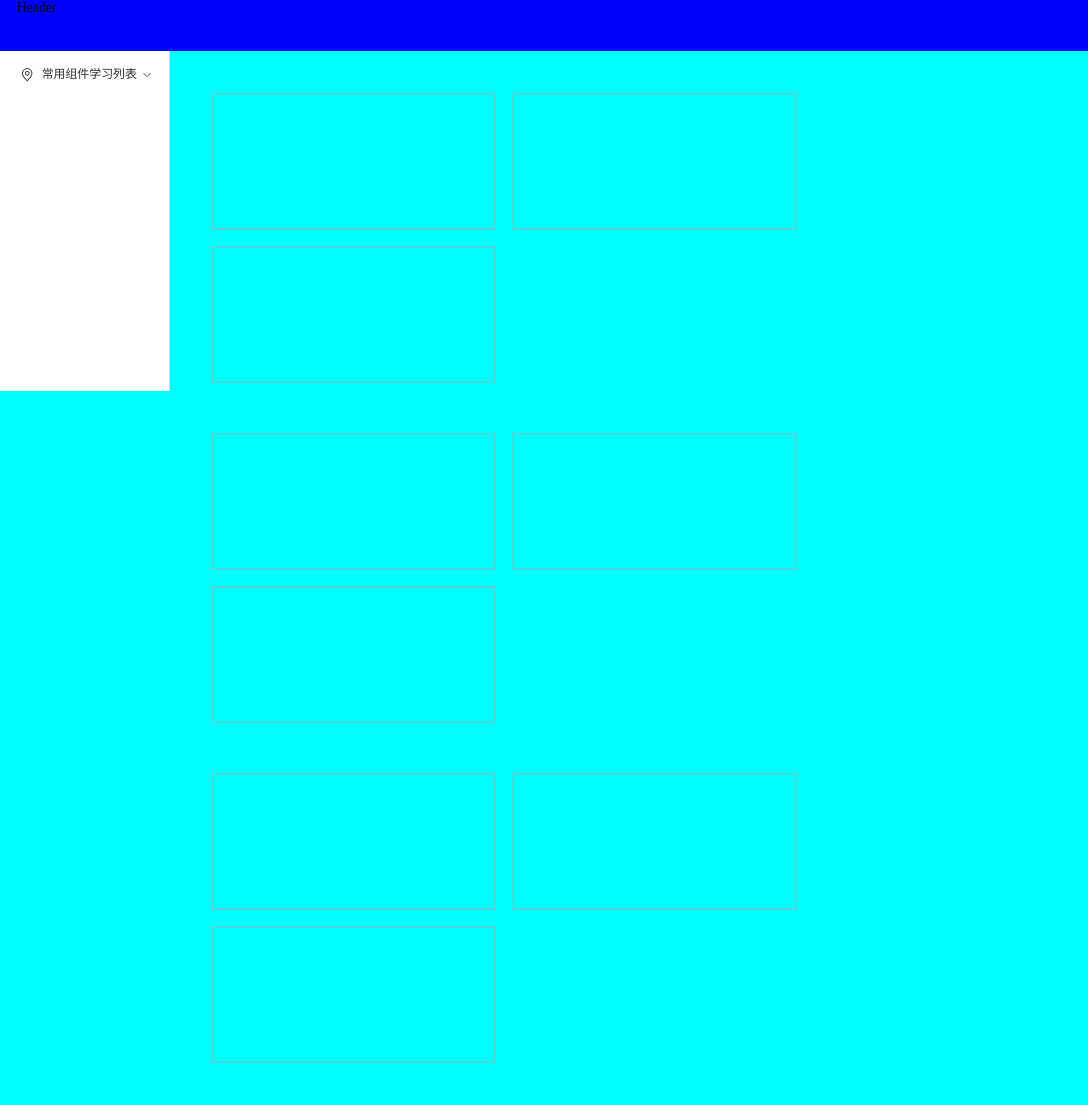
Repository: 553559555/vue3-project
Page: /#/index (app in vue3-app/)
The author's editor kept a copy of each file at every save. The page is drawn from the files as they stood at one save, then again after the next save.
The browser window is 1280 px wide. The pictures show the whole page, at 85% of full size.
The project was rebuilt for these pictures with package versions that can differ from the ones it lists, and the page was loaded fresh each time. Also part of the build but not shown: vue3-app/vite.config.ts.

Above is the page before, as saved 2025-03-24 10:43:11.

### vue3-app/src/main.ts
import { createApp } from 'vue'
import ElementPlus from 'element-plus'
import 'element-plus/dist/index.css'
import router from './router'
import pinia from './stores'
import './style.css'
import App from './App.vue'

const app = createApp(App)
app.use(ElementPlus)
app.use(router)
app.use(pinia)

app.mount('#app')

### vue3-app/src/router/index.ts
import { createRouter, createWebHashHistory, createWebHistory } from 'vue-router'
import type { RouteRecordRaw } from 'vue-router'

const routes: Array<RouteRecordRaw> = [
  {
    path: '/',
    name: 'Login',
    component: () => import('../views/login.vue')
  },
  {
    path: '/index',
    name: 'index',
    component: () => import('../views/index.vue'),
    children: [
      {
        path: '',
        name: 'Home',
        component: () => import('../views/Home.vue')
      },
      {
        path: '/about',
        name: 'About',
        component: () => import('../views/About.vue')
      }
    ]
  }

]

const router = createRouter({
  history: createWebHashHistory(),
  routes
})

export default router

### vue3-app/src/stores/index.ts
import { createPinia } from 'pinia'

const pinia = createPinia()

export default pinia

### vue3-app/src/style.css
/* CSS 重置 */
* {
  margin: 0;
  padding: 0;
  box-sizing: border-box;
}

### vue3-app/src/App.vue
<script setup lang="ts">
import { RouterView } from 'vue-router'
</script>

<template>
    <router-view />
</template>

### vue3-app/src/views/index.vue
<template>
    <el-container class="container">
        <el-header>Header</el-header>
        <el-container>
            <el-aside width="200px">
                <home-left />
            </el-aside>
            <el-main>
                <router-view>
                </router-view>
            </el-main>
        </el-container>
    </el-container>
</template>

<script setup>

import { RouterView } from 'vue-router'
import HomeLeft from './components/home-left.vue'

</script>



<style scoped lang="scss">
.container {
    width: 100vw;
    height: 100vh;
    box-sizing: border-box;

    :deep(.el-header) {
        background-color: blue;
        box-sizing: border-box;
    }

    :deep(.el-container) {
        background-color: aqua;
        box-sizing: border-box;

        :deep(.el-aside) {
            background-color: yellow;
            box-sizing: border-box;
        }

        :deep(.el-main) {
            background-color: bisque;
            padding: 0;
            box-sizing: border-box;
        }
    }
}
</style>

### vue3-app/src/views/Home.vue
<template>
  <div class="home-container">
    <el-row class="row" :span="8">
      <el-col :span="8">
        <div class="grid-content ep-bg-purple-dark" />
      </el-col>
      <el-col :span="8">
        <div class="grid-content ep-bg-purple-dark" />
      </el-col>
      <el-col :span="8">
        <div class="grid-content ep-bg-purple-dark" />
      </el-col>
    </el-row>

    <el-row class="row" :span="8">
      <el-col :span="8">
        <div class="grid-content ep-bg-purple-dark" />
      </el-col>
      <el-col :span="8">
        <div class="grid-content ep-bg-purple-dark" />
      </el-col>
      <el-col :span="8">
        <div class="grid-content ep-bg-purple-dark" />
      </el-col>
    </el-row>

    <el-row class="row" :span="8">
      <el-col :span="8">
        <div class="grid-content ep-bg-purple-dark" />
      </el-col>
      <el-col :span="8">
        <div class="grid-content ep-bg-purple-dark" />
      </el-col>
      <el-col :span="8">
        <div class="grid-content ep-bg-purple-dark" />
      </el-col>
    </el-row>

  </div>
</template>

<script lang="ts" setup>

</script>

<style scoped lang="scss">
.home-container {
  width: 100%;
  height: 100%;
  box-sizing: border-box;

  .row {
    padding: 20px;
    height: 400px;

    .el-col {
      margin: 10px;
      border: solid 1px #aaa;
    }
  }
}
</style>

### vue3-app/src/views/components/home-left.vue
<template>
    <div class="home-left-container">
        <el-menu default-active="2" class="el-menu-vertical-demo" @open="handleOpen" @close="handleClose"
            @select="handleSelect">
            <el-sub-menu v-for="(items, index) in listData" :index="items.name" :key="index">
                <template #title>
                    <el-icon>
                        <location />
                    </el-icon>
                    <span>{{ items.name }}</span>
                </template>
                <el-menu-item v-for="(item, index) in items.children" :index="item.name" :key="index">
                    <el-icon>
                        <location />
                    </el-icon>
                    <span>{{ item.name }}</span>
                </el-menu-item>
            </el-sub-menu>
        </el-menu>
    </div>
</template>

<script setup>
import { Location } from "@element-plus/icons-vue";

import { reactive, ref } from "vue";
const listData = reactive([
    {
        name: "常用组件学习列表",
        children: [
            {
                name: 'button'
            },
            {
                name: 'input'
            }
        ],
    },
]);
const isCollapse = ref(true);
const handleOpen = (key, keyPath) => {
    console.log(key, keyPath);
};
const handleClose = (key, keyPath) => {
    console.log(key, keyPath);
};

const handleSelect = (key, keyPath) => {
    console.log(key, keyPath);
};
</script>

<style scoped lang="scss">
.home-left-container {
    height: 100%;
    width: 100%;

    .el-menu-vertical-demo:not(.el-menu--collapse) {
        width: 200px;
        min-height: 400px;
    }
}
</style>

Loaded but not shown: vue3-app/index.html (common file)

After the next save:
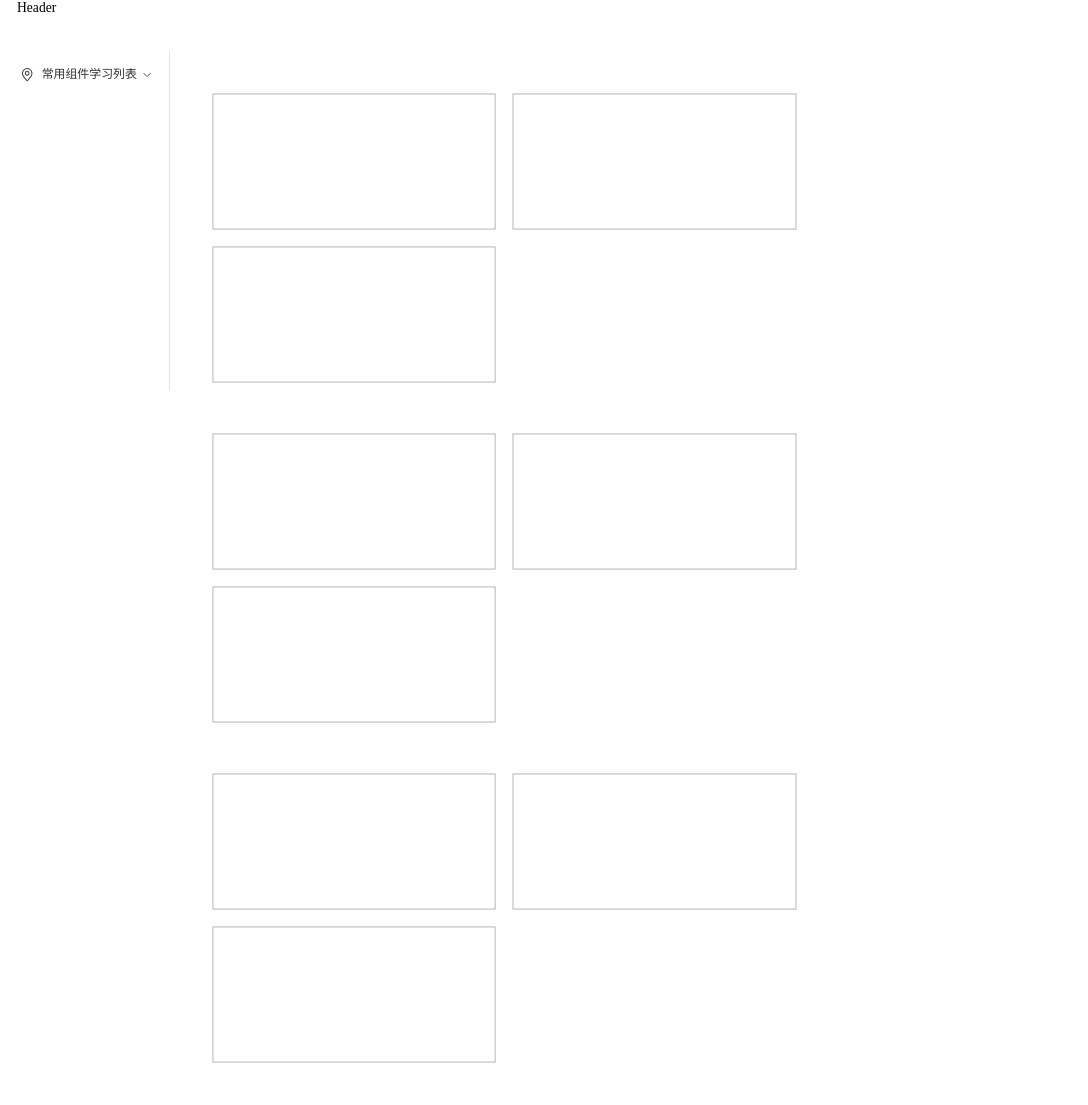
Saved 2 min 0 s later.
--- a/vue3-app/src/views/index.vue
+++ b/vue3-app/src/views/index.vue
@@ -1,15 +1,13 @@
 <template>
-    <el-container class="container">
-        <el-header>Header</el-header>
-        <el-container>
-            <el-aside width="200px">
-                <home-left />
-            </el-aside>
-            <el-main>
-                <router-view>
-                </router-view>
-            </el-main>
-        </el-container>
+    <el-header>Header</el-header>
+    <el-container>
+        <el-aside width="200px">
+            <home-left />
+        </el-aside>
+        <el-main>
+            <router-view>
+            </router-view>
+        </el-main>
     </el-container>
 </template>
 
